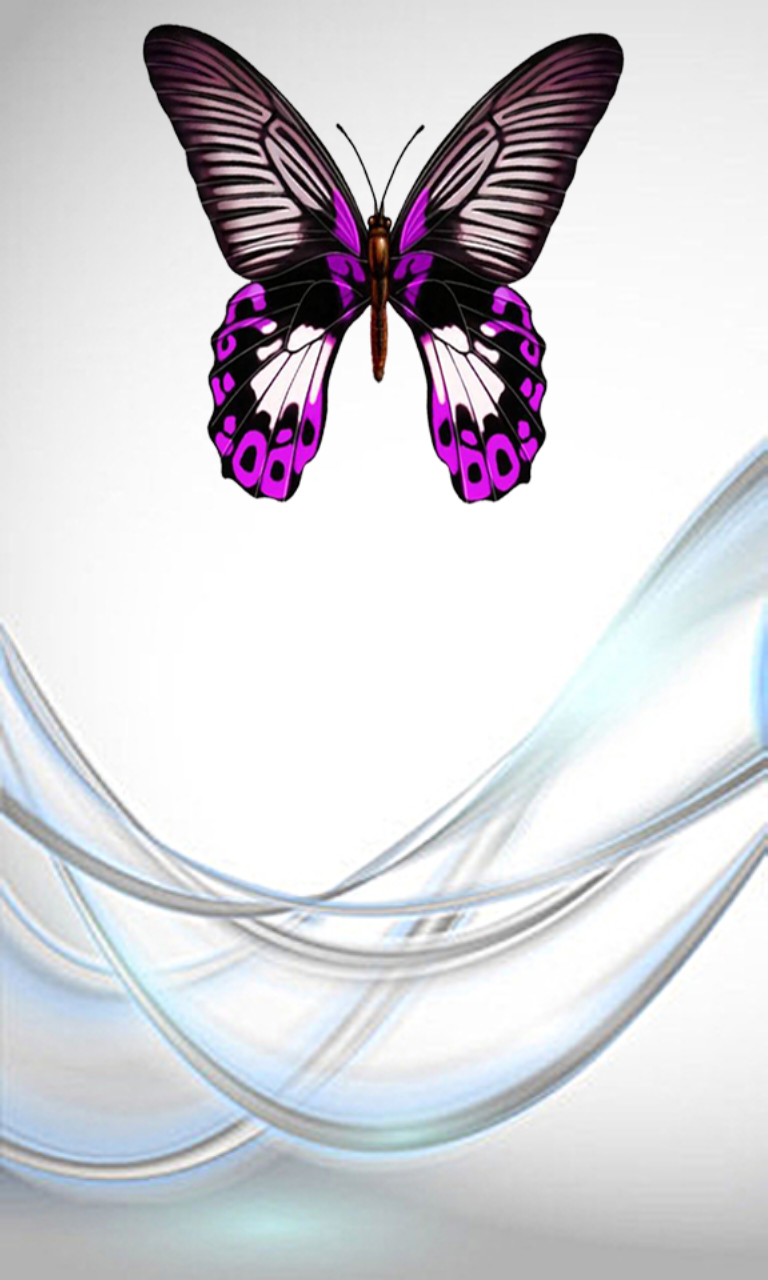
Repository: mimimy/MassagePro
Layout: BLE-Version/MassageTool/res/layout/activity_splash.xml
These files come from the project's save history. The layout is drawn as it stood at one moment and after the next save; the edit follows.
It is drawn on a 768 x 1280 px phone screen (xhdpi) without system bars, with theme AppTheme; the app's code is not run.

Above is the layout before, as saved 2018-07-23 13:26:50.

After the next save:
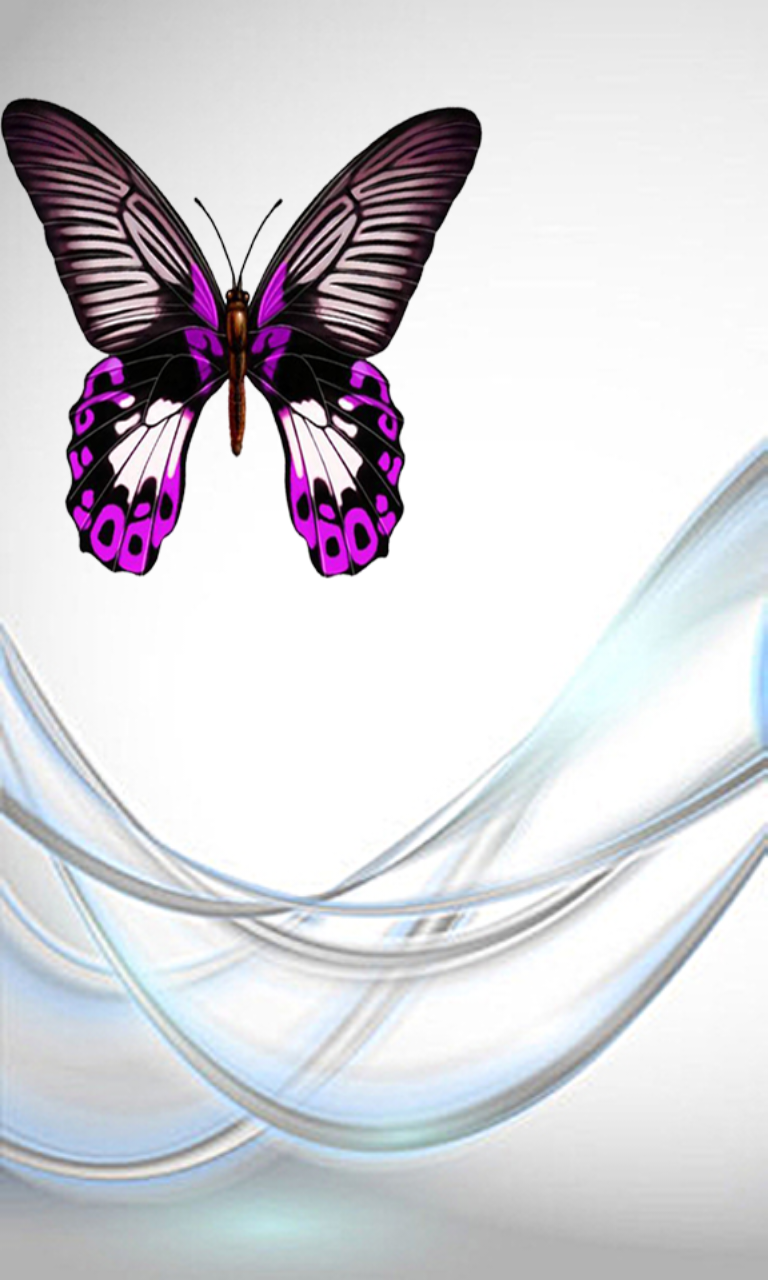
Saved 2 min 13 s later.
--- a/BLE-Version/MassageTool/res/layout/activity_splash.xml
+++ b/BLE-Version/MassageTool/res/layout/activity_splash.xml
@@ -10,7 +10,9 @@
         android:id="@+id/imageView1"
         android:layout_width="wrap_content"
         android:layout_height="wrap_content"
-        android:layout_centerHorizontal="true"
+        android:layout_alignParentLeft="true"
+        android:layout_alignParentTop="true"
+        android:layout_marginTop="37dp"
         android:src="@drawable/flying" />
 
 </RelativeLayout>
